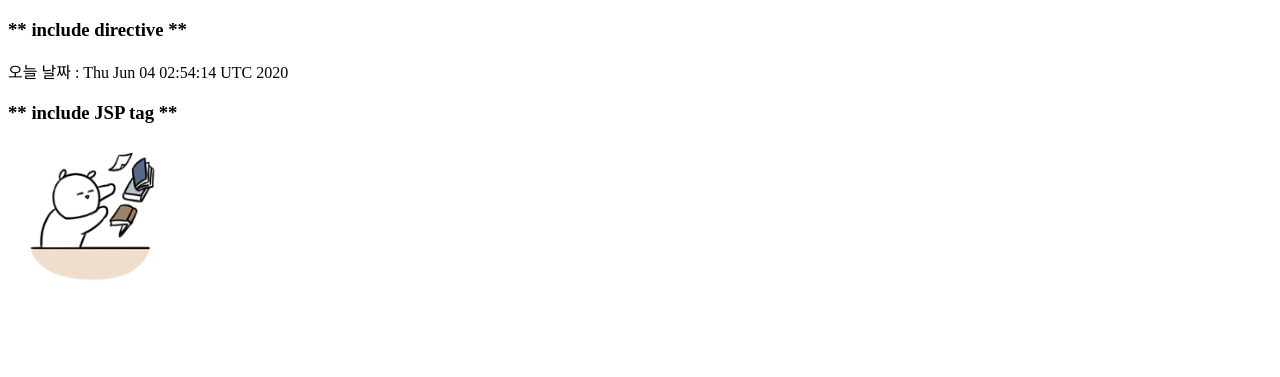
Repository: dahye1013/java-basic-learning
Page: http://localhost/memberJSP/exam/main.jsp
These files come from the project's save history. The page is drawn as it stood at one moment and after the next save; the edit follows.
The browser window is 1280 px wide. The pictures show the whole page.
The page is served by Tomcat 9. Other server files are loaded and not shown.

Above is the page before, as saved 2020-06-09 01:44:46.

### memberJSP/WebContent/exam/main.jsp
<%@ page language="java" contentType="text/html; charset=EUC-KR"
    pageEncoding="EUC-KR"%>
<!DOCTYPE html>
<html>
<head>
<meta charset="EUC-KR">
<title>Insert title here</title>
</head>
<body>
<h3>** include directive **</h3>
<%@ include file="today.jsp" %>

<h3>** include JSP tag **</h3>
<jsp:include page="image.jsp"/>

<%
String name = "홍길동";
%>
<br>
<br>

</body>
</html>

### memberJSP/WebContent/exam/today.jsp
<%@page import="java.util.Date"%>
<%@ page language="java" contentType="text/html; charset=EUC-KR"
    pageEncoding="EUC-KR"%>

오늘 날짜 : <%= new Date() %>

<%
//String name = "또치";
//name으로 main에 또 변수를 설정할 경우 다이렉트를 걸때, 충돌이 발생한다.
%>

### memberJSP/WebContent/exam/image.jsp
<%@ page language="java" contentType="text/html; charset=EUC-KR"
    pageEncoding="EUC-KR"%>

<img src="../image/aa.PNG" width=180 height=150>
<%
String name = "또치";
//태그 되는 것을 독립적으로 컴파일 되기 때문에 변수끼리 충돌이 발생하지 않는다.
%>

After the next save:
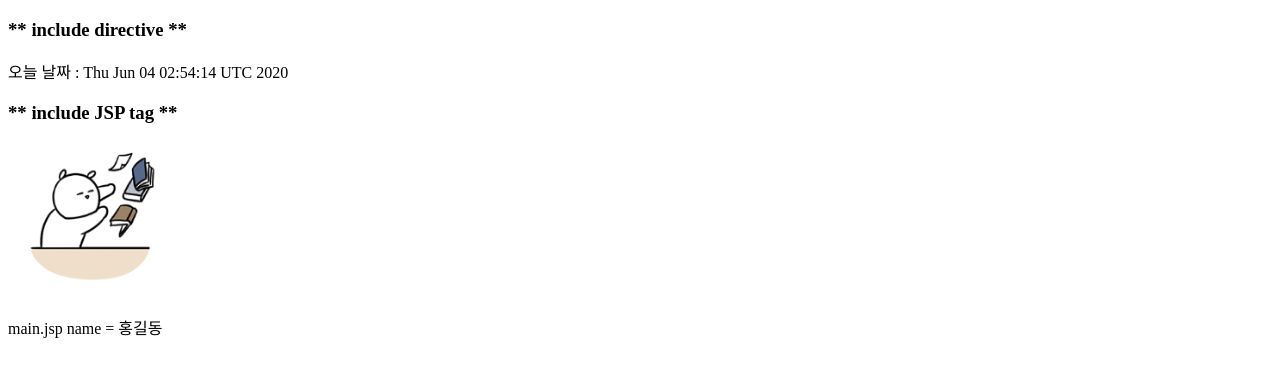
Saved 16 s later.
--- a/memberJSP/WebContent/exam/main.jsp
+++ b/memberJSP/WebContent/exam/main.jsp
@@ -18,6 +18,8 @@ String name = "홍길동";
 %>
 <br>
 <br>
+main.jsp name = <%=name %>
+
 
 </body>
 </html>
